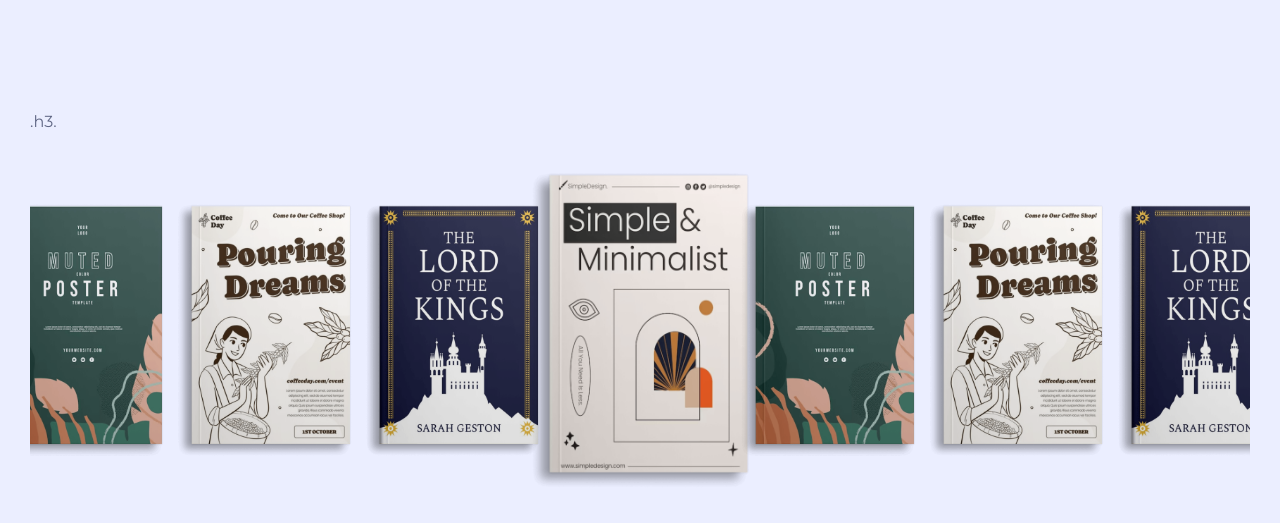
Repository: dinhhaidh/slider-book
Page: index1.html
An editor plug-in stored every save of this project. The page is shown before and after the next save, followed by the edit.
The browser window is 1280 px wide. The pictures show the whole page.
Some web fonts or font styles are not loaded; a fallback is used.

Above is the page before, as saved 2024-01-15 15:32:59.

### index1.html
<!DOCTYPE html>
<html lang="en">
<head>
    <meta charset="UTF-8">
    <meta name="viewport" content="width=device-width, initial-scale=1.0">
    <title>Document</title>
    <link rel="stylesheet" href="./css/swiper-bundle.min.css">
    <link rel="stylesheet" href="./css/style.css">
</head>
<body>
    <section class="home section">
        <div class="home__container container grid">
            <div class="home__data">
                .h3.
            </div>
            <div class="home__image">
                <div class="home__swiper swiper">
                <!-- Additional required wrapper -->
                <div class="swiper-wrapper">
                    <!-- Slides -->
                    <article class="home__article swiper-slide">
                        <img src="./img/book-1.png" alt="image" class="home__img">
                    </article>
                    <article class="home__article swiper-slide">
                        <img src="./img/book-2.png" alt="image" class="home__img">
                    </article>
                    <article class="home__article swiper-slide">
                        <img src="./img/book-3.png" alt="image" class="home__img">
                    </article>
                    <article class="home__article swiper-slide">
                        <img src="./img/book-4.png" alt="image" class="home__img">
                    </article>
                </div>
            </div>
        </div>
        </div>
    </section>


    <script src="./js/swiper-bundle.min.js"></script>
    <script src="./js/main.js"></script>

</body>
</html>

### css/style.css
/*=============== GOOGLE FONTS ===============*/
@import url("https://fonts.googleapis.com/css2?family=Montagu+Slab:wght@500&family=Montserrat:wght@400;500;600&display=swap");

/*=============== VARIABLES CSS ===============*/
:root {
  --header-height: 3.5rem;

  /*========== Colors ==========*/
  /*Color mode HSL(hue, saturation, lightness)*/
  --first-color: hsl(230, 62%, 56%);
  --title-color: hsl(230, 70%, 16%);
  --text-color: hsl(230, 16%, 45%);
  --border-color: hsl(230, 50%, 90%);
  --white-color: hsl(0, 0%, 100%);
  --body-color: hsl(230, 100%, 96%);
  --container-color: hsl(230, 100%, 97%);

  /*========== Font and typography ==========*/
  /*.5rem = 8px | 1rem = 16px ...*/
  --body-font: "Montserrat", sans-serif;
  --second-font: "Montagu Slab", serif;
  --biggest-font-size: 2rem;
  --h1-font-size: 1.5rem;
  --h2-font-size: 1.25rem;
  --h3-font-size: 1rem;
  --normal-font-size: .938rem;
  --small-font-size: .813rem;
  --smaller-font-size: .75rem;

  /*========== Font weight ==========*/
  --font-regular: 400;
  --font-medium: 500;
  --font-semi-bold: 600;

  /*========== z index ==========*/
  --z-tooltip: 10;
  --z-fixed: 100;
}

/*========== Responsive typography ==========*/
@media screen and (min-width: 1150px) {
  :root {
    --biggest-font-size: 3.5rem;
    --h1-font-size: 2.25rem;
    --h2-font-size: 1.5rem;
    --h3-font-size: 1.25rem;
    --normal-font-size: 1rem;
    --small-font-size: .875rem;
    --smaller-font-size: .813rem;
  }
}

/*=============== BASE ===============*/
* {
  box-sizing: border-box;
  padding: 0;
  margin: 0;
}

html {
  scroll-behavior: smooth;
}

body,
input,
button {
  font-family: var(--body-font);
  font-size: var(--normal-font-size);
}

body {
  background-color: var(--body-color);
  color: var(--text-color);
  transition: background-color .4s;
}

input,
button {
  border: none;
  outline: none;
}

h1, h2, h3, h4 {
  color: var(--title-color);
  font-family: var(--second-font);
  font-weight: var(--font-medium);
}

ul {
  list-style: none;
}

a {
  text-decoration: none;
}

img {
  display: block;
  max-width: 100%;
  height: auto;
}

/*=============== THEME ===============*/
/*========== Variables Dark theme ==========*/


/*==========
	Color changes in some parts of
	the website, in dark theme
==========*/


/*=============== REUSABLE CSS CLASSES ===============*/
.container {
  max-width: 1220px;
  margin-inline: 1.5rem;
}

.grid {
  display: grid;
  gap: 1.5rem;
}

.section {
  padding-block: 5rem 1rem;
}

.section__title {
  text-align: center;
  font-size: var(--h1-font-size);
  font-family: var(--second-font);
  margin-bottom: 2rem;
}

.main {
  overflow: hidden; /* For animation ScrollReveal */
}
@media screen and (min-width: 1150px) {
    .container{
        margin-inline: auto;
    }
}

/*=============== HEADER & NAV ===============*/


/* Navigation for mobile devices */


/* Add shadow header */


/* Active link */


/*=============== SEARCH ===============*/


/* Show search */


/*=============== LOGIN ===============*/


/* Show login */


/*=============== HOME ===============*/
.home__swiper{
  margin: initial;
}
.home__container{
  padding-top: 2rem;
  row-gap: 2.5rem;
}
.home__image{
  display: grid;
}
.home__article,
.home__img{
    width: 220px;
    transition: scale .4s;
}
.home__article{
    scale: .8;
}

.swiper-slide-active,
.swiper-slide-dulicate-active{
  scale: 1;
}

/* Swiper class */


/*=============== BUTTON ===============*/


/*=============== SERVICES ===============*/


/*=============== FEATURED ===============*/


/* Swiper class */


/*=============== DISCOUNT ===============*/


/*=============== NEW ===============*/


/*=============== JOIN ===============*/


/*=============== TESTIMONIAL ===============*/


/*=============== FOOTER ===============*/


/*=============== SCROLL BAR ===============*/


/*=============== SCROLL UP ===============*/


/* Show Scroll Up */


/*=============== BREAKPOINTS ===============*/
/* For small devices */


/* For medium devices */


/* For large devices */

### js/main.js
let swiperHome = new Swiper('.home__swiper', {
    loop: true,
    spaceBetween: -24,
    slidesPerView: 'auto',
    centeredSlides: 'auto',

    autoplay: {
        delay: 3000,
        disableOnInteraction: false,
    },

    breakpoints: {
        1220: {
            spaceBetween: -32,
        }
    }
});

Loaded but not shown: css/swiper-bundle.min.css (library); js/swiper-bundle.min.js (library)

After the next save:
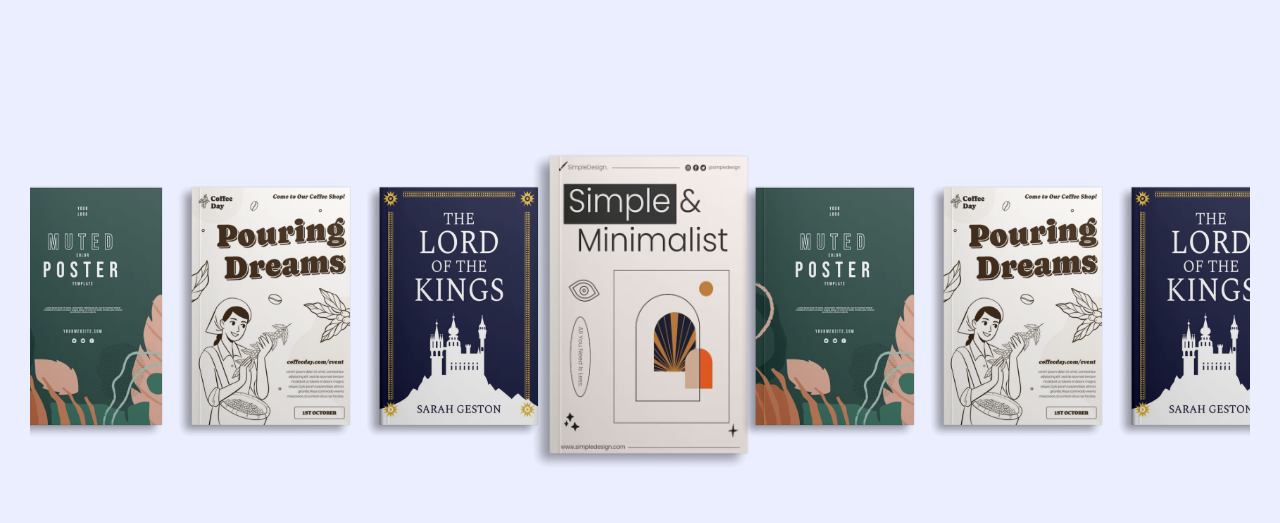
Saved 5 s later.
--- a/index1.html
+++ b/index1.html
@@ -11,7 +11,9 @@
     <section class="home section">
         <div class="home__container container grid">
             <div class="home__data">
-                .h3.
+                <div class="h3 home__title">
+
+                </div>
             </div>
             <div class="home__image">
                 <div class="home__swiper swiper">

After the save that followed:
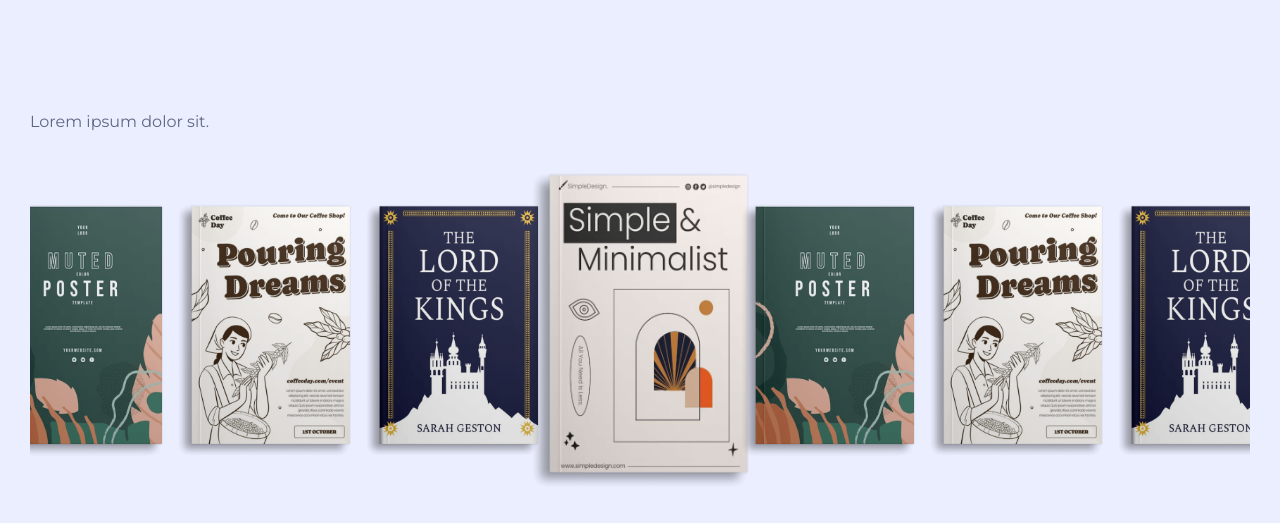
Saved 4 s later.
--- a/index1.html
+++ b/index1.html
@@ -11,9 +11,7 @@
     <section class="home section">
         <div class="home__container container grid">
             <div class="home__data">
-                <div class="h3 home__title">
-
-                </div>
+                <div class="h3 home__title">Lorem ipsum dolor sit.</div>
             </div>
             <div class="home__image">
                 <div class="home__swiper swiper">
